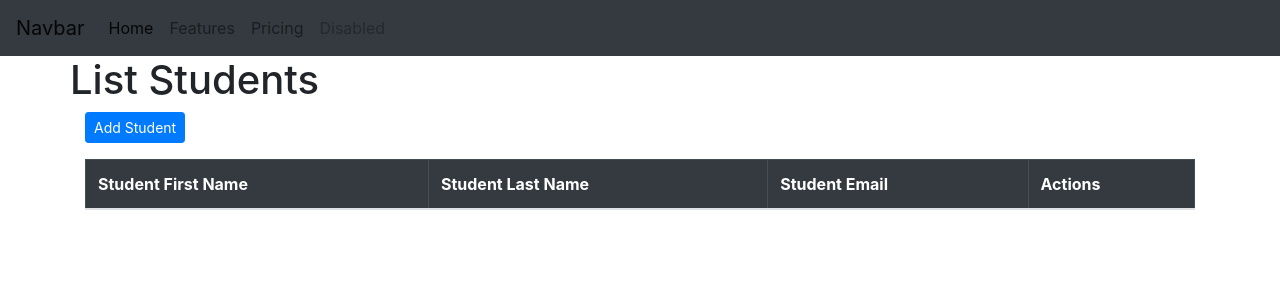
Repository: ahmedalimouhamed/springboot-projects
Page: http://localhost/students
These files come from the project's save history. The page is drawn as it stood at one moment and after the next save; the edit follows.
The browser window is 1280 px wide. The pictures show the whole page.
The page is this project's Thymeleaf template; nobody is signed in. The template is opened directly, without the code that normally fills it, so the values that code supplies are empty.

Above is the page before, as saved 2023-08-11 16:46:15.

### student-managment-system/src/main/resources/templates/students.html
<!DOCTYPE html>
<html xmlns:th="http://www.thymeleaf.org">
<head>
<meta charset="UTF-8">
<title>List of students</title>
<link rel="stylesheet"
	href="https://cdn.jsdelivr.net/npm/bootstrap@4.6.2/dist/css/bootstrap.min.css"
	integrity="sha384-xOolHFLEh07PJGoPkLv1IbcEPTNtaed2xpHsD9ESMhqIYd0nLMwNLD69Npy4HI+N"
	crossorigin="anonymous">
</head>
<body>
	<nav class="navbar navbar-expand-lg navbar-light bg-dark">
		<a class="navbar-brand" href="#">Navbar</a>
		<button class="navbar-toggler" type="button" data-toggle="collapse"
			data-target="#navbarNav" aria-controls="navbarNav"
			aria-expanded="false" aria-label="Toggle navigation">
			<span class="navbar-toggler-icon"></span>
		</button>
		<div class="collapse navbar-collapse" id="navbarNav">
			<ul class="navbar-nav">
				<li class="nav-item active"><a class="nav-link" href="#">Home
						<span class="sr-only">(current)</span>
				</a></li>
				<li class="nav-item"><a class="nav-link" href="#">Features</a>
				</li>
				<li class="nav-item"><a class="nav-link" href="#">Pricing</a></li>
				<li class="nav-item"><a class="nav-link disabled" href="#">Disabled</a>
				</li>
			</ul>
		</div>
	</nav>
	<div class="container">
		<div class="row">
			<h1>List Students</h1>
		</div>
		<div class="row">
			<div class="col-lg-3">
				<a th:href="@{/students/new}" class="btn btn-primary btn-sm mb-3">Add
					Student</a>
			</div>
		</div>
		<table class="table table-striped table-bordered">
			<thead class="table-dark">
				<tr>
					<th>Student First Name</th>
					<th>Student Last Name</th>
					<th>Student Email</th>
					<th>Actions</th>
				</tr>
			</thead>
			<tbody>
				<tr th:each="student:${students}">
					<td th:text="${student.firstName}"></td>
					<td th:text="${student.lastName}"></td>
					<td th:text="${student.email}"></td>
				</tr>
			</tbody>
		</table>
	</div>
</body>
</html>

After the next save:
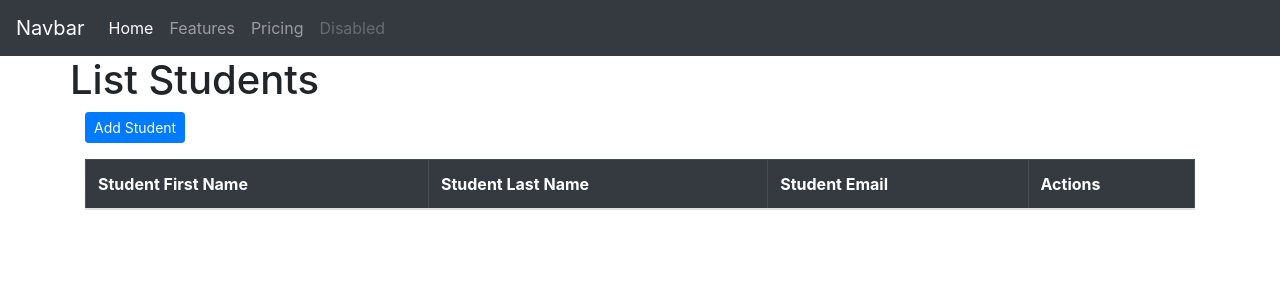
Saved 5 s later.
--- a/student-managment-system/src/main/resources/templates/students.html
+++ b/student-managment-system/src/main/resources/templates/students.html
@@ -9,7 +9,7 @@
 	crossorigin="anonymous">
 </head>
 <body>
-	<nav class="navbar navbar-expand-lg navbar-light bg-dark">
+	<nav class="navbar navbar-expand-lg navbar-dark bg-dark">
 		<a class="navbar-brand" href="#">Navbar</a>
 		<button class="navbar-toggler" type="button" data-toggle="collapse"
 			data-target="#navbarNav" aria-controls="navbarNav"
